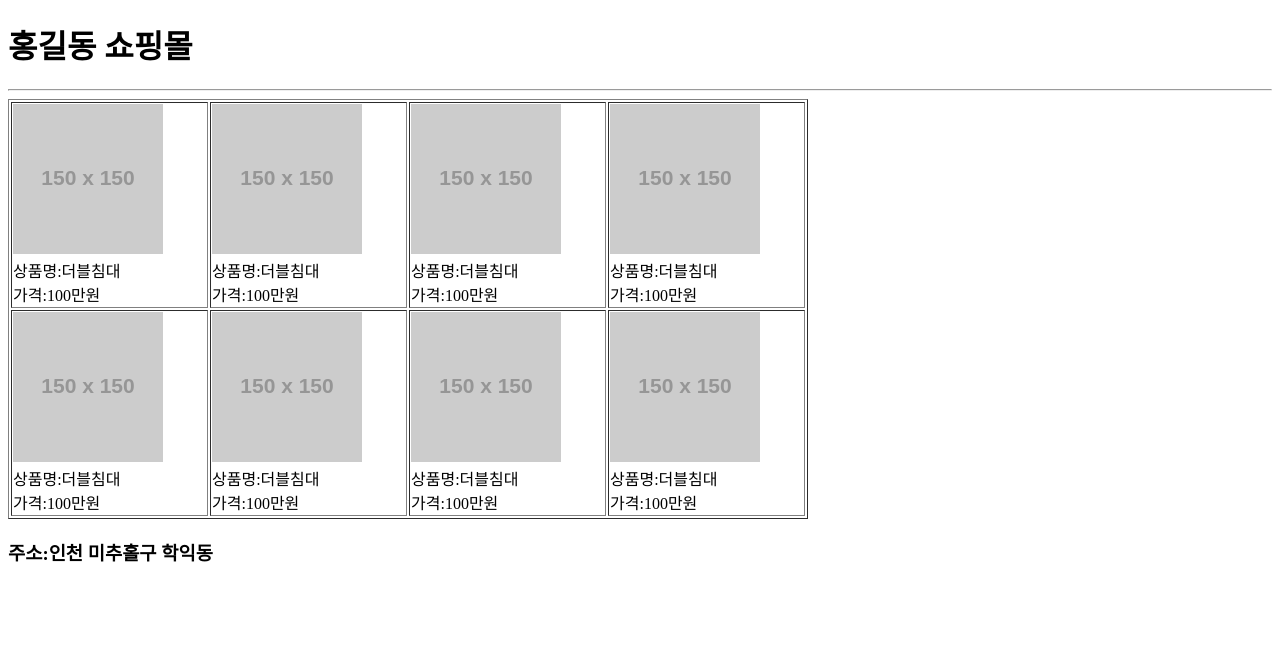
Repository: blinggg/html_git
Page: 0406/ex0406/WebContent/ex07.html
These files come from the project's save history. The page is drawn as it stood at one moment and after the next save; the edit follows.
The browser window is 1280 px wide. The pictures show the whole page.

Above is the page before, as saved 2020-04-06 07:44:04.

After the next save:
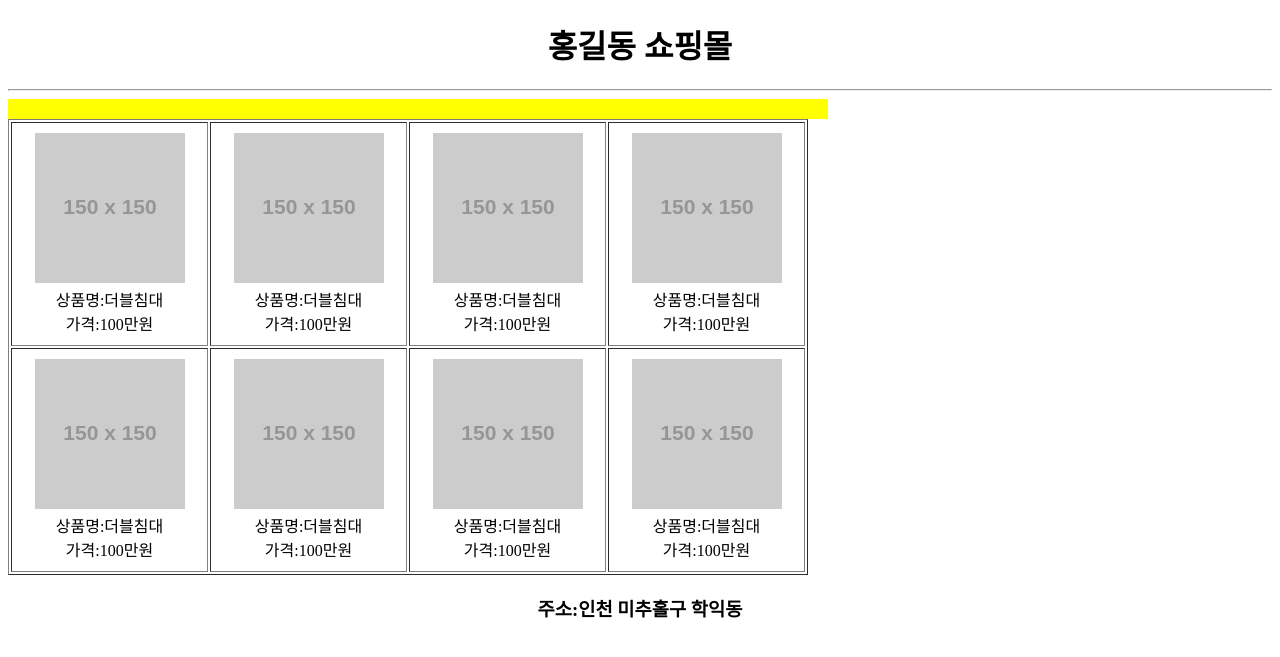
Saved 2 min 20 s later.
--- a/0406/ex0406/WebContent/ex07.html
+++ b/0406/ex0406/WebContent/ex07.html
@@ -8,6 +8,9 @@
 	padding:10px;
 	margin:10px;width:200px; height:200px;}
 	table{margine:0px auto;} /*테이블 가운데 정렬*/
+	td{text-align:center; padding:10px;}
+	header, footer{text-align:center;}
+	nav {width:800px; padding:10px; background:yellow; margine:10px auto;}
 </style>
 </head>
 <body>
